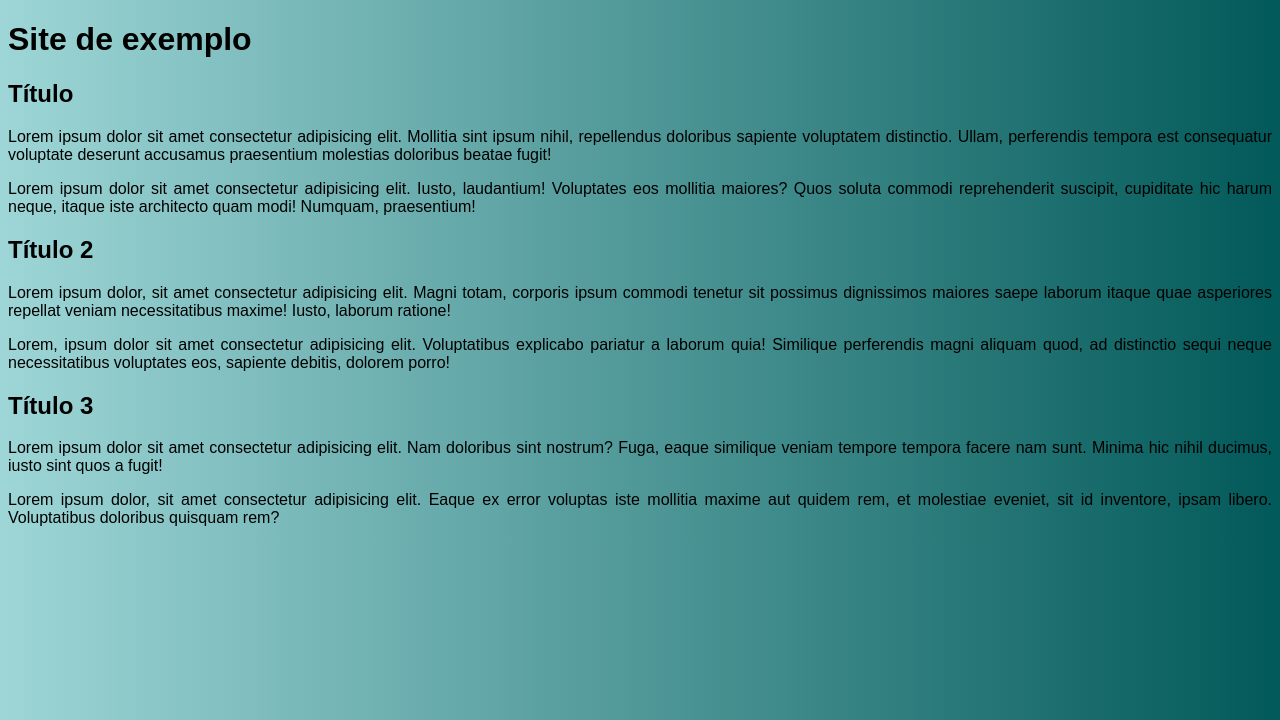
Repository: pheonix5/Estudo
Page: html-css/exercicios/ex016/cor03.html
The author's editor kept a copy of each file at every save. The page is drawn from the files as they stood at one save, then again after the next save.
The browser window is 1280 px wide. The pictures show the whole page.

Above is the page before, as saved 2023-08-10 21:49:04.

After the next save:
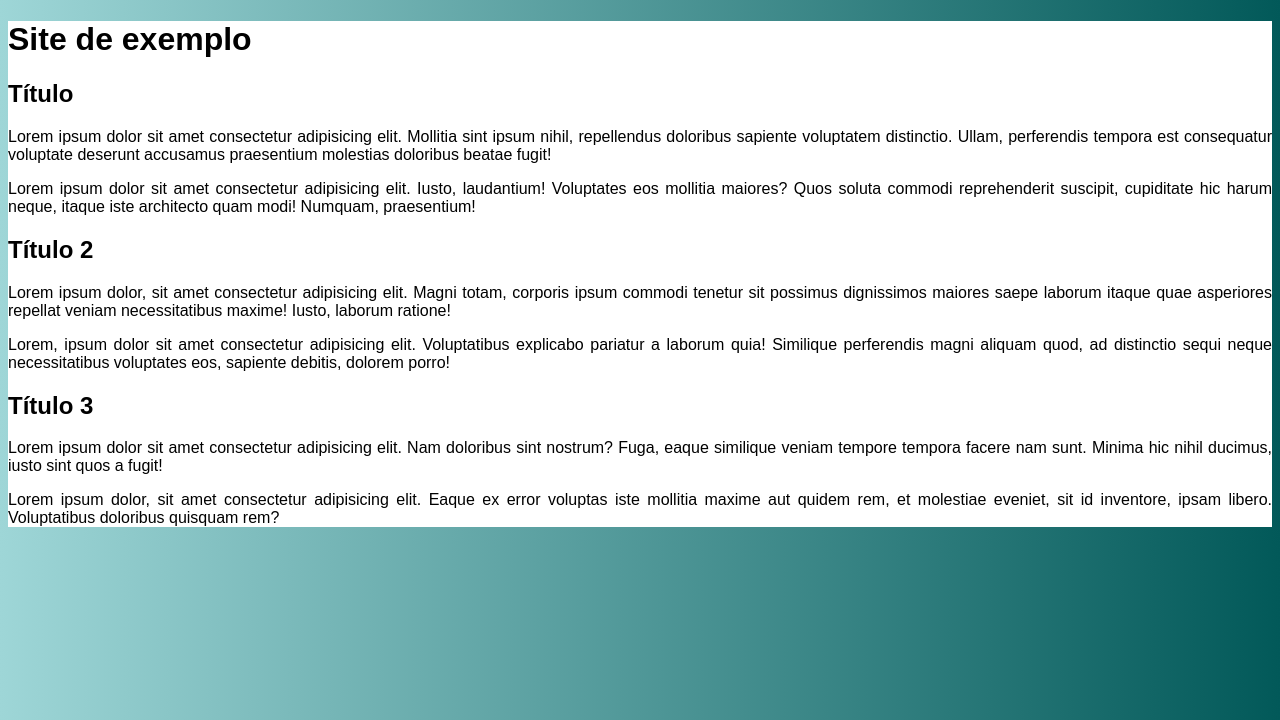
Saved 50 s later.
--- a/html-css/exercicios/ex016/style.css
+++ b/html-css/exercicios/ex016/style.css
@@ -9,6 +9,10 @@ body{
   background-image: linear-gradient(to right, #9ED6D7 , #025959 );
 }
 
+main{
+  background-color: #FFF;
+}
+
 p{
   text-align: justify;
 }
